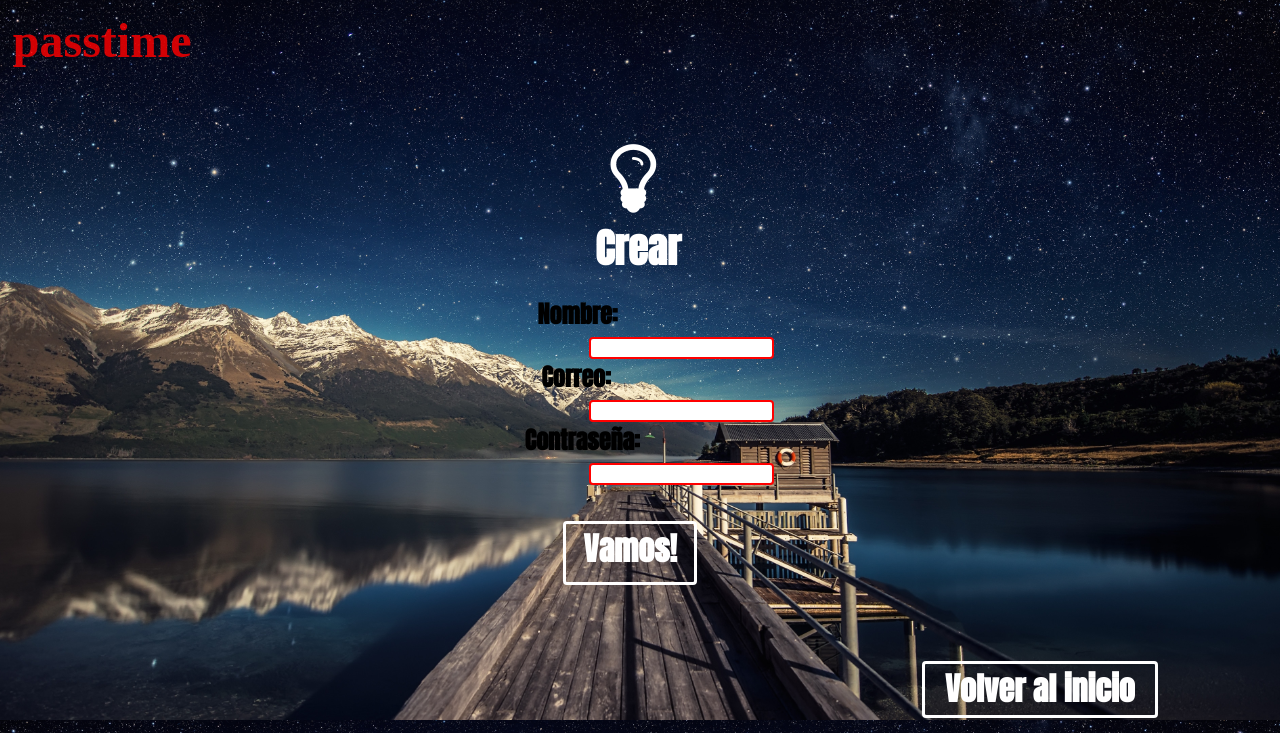
Repository: PassTimeOp/passtimeop.github.io
Page: signup.html
The author's editor kept a record of every edit. The page is drawn from the files as they stood at one moment, then again after the next edit.
The browser window is 1280 px wide. The pictures show the whole page.
Backgrounds fixed to the window are drawn as part of the page. Some web fonts or font styles are not loaded; a fallback is used.

Above is the page before.

### signup.html
<!DOCTYPE HTML>
<html>
    <head>
        <link type="text/css" rel="stylesheet" href="signupStyle.css"/>
        <link rel="stylesheet" href="font-awesome-4.7.0/css/font-awesome.min.css">
        <link href="https://fonts.googleapis.com/css?family=Anton|Arvo|Shrikhand" rel="stylesheet">
        <title>acceder | passtime</title>
    </head>

    <body>
        <h1 id="title">passtime</h1>

        <i class="fa fa-lightbulb-o fa-5x" aria-hidden="true"></i>

        <h1 id="acceder">Crear</h1>


        <div id="data">
            <h4 id="nombre">Nombre:</h4><input type="text" name="nombre">
            <h4 id="correo">Correo:</h4><input type="text" name="correo">
            <h4 id="pass">Contraseña:</h4><input type="password" name="psw">
        </div>

        <div class="buttons" id="vamos"><a href="Calendario/calendario.html" style="text-decoration: none"><h3>Vamos!</h3></a></div>
        <div class="buttons" id="volver"><a href="index.html" style="text-decoration: none"><h3>Volver al inicio</h3></a></div>
    </body>
</html>

### signupStyle.css
html, body{
  width: 100%;
  height: 100%;
  margin: 0;
  padding: 0;
}

body {
  background-image: url(signup.jpg);
  background-size: cover;
  background-position: center;
  width: 100%;
  height: 100%;
  background-repeat: no-repeat;
  background-attachment: fixed;
}

#title {
  font-family: 'Shrikhand', cursive;
  font-size: 300%;
  margin-top: 1%;
  margin-left: 1%;
  display: block;
  color: rgba(255, 0, 0, 0.82);
}

#acceder {
  font-family: 'Anton', sans-serif;
  color: #FFF;
  margin: 0% 0% 0% 46.5%;
  display: block;
  font-size: 250%;
}

i {
  margin: 3% 1% 0% 47.7%;
  color: #FFF;
  display: block;
}

input {
  display: inline-block;
  border-radius: 4px;
  border: 2px solid red;
  height: 20%;
  margin: 0% 0% 0% 30%;
}

#data {
  margin: 1% 0% 0% 40%;
  height: 11%;
  width: 20%;
  display: inline-block;
}

h4 {
  font-size: 150%;
  font-family: 'Anton', sans-serif;
  color: #000;
}

#nombre {
  display: block;
  margin: 2% 1% 2% 10%;
}


#correo {
  display: block;
  margin: 0% 1% 2% 11.5%;
}

#pass {
  display: block;
  margin: 0% 0% 2% 5%;
}


.buttons {
  border: 3px solid #FFF;
  border-radius: 4px;
}

h3 {
  font-family: 'Anton', sans-serif;
  margin: 0% 0% 0% 0%;
  text-align: center;
  font-size: 200%;
  color: #FFF;
}

#vamos {
  width: 10%;
  height: 8%;
  padding: 0%;
  display: block;
  margin: 3% 0% 0% 44%;
}

#volver {
  width: 18%;
  height: 7%;
  padding: 0%;
  margin: 6% 0% 0% 72%;
  display: block;
}

Loaded but not shown: font-awesome-4.7.0/css/font-awesome.min.css (library)

After the next edit:
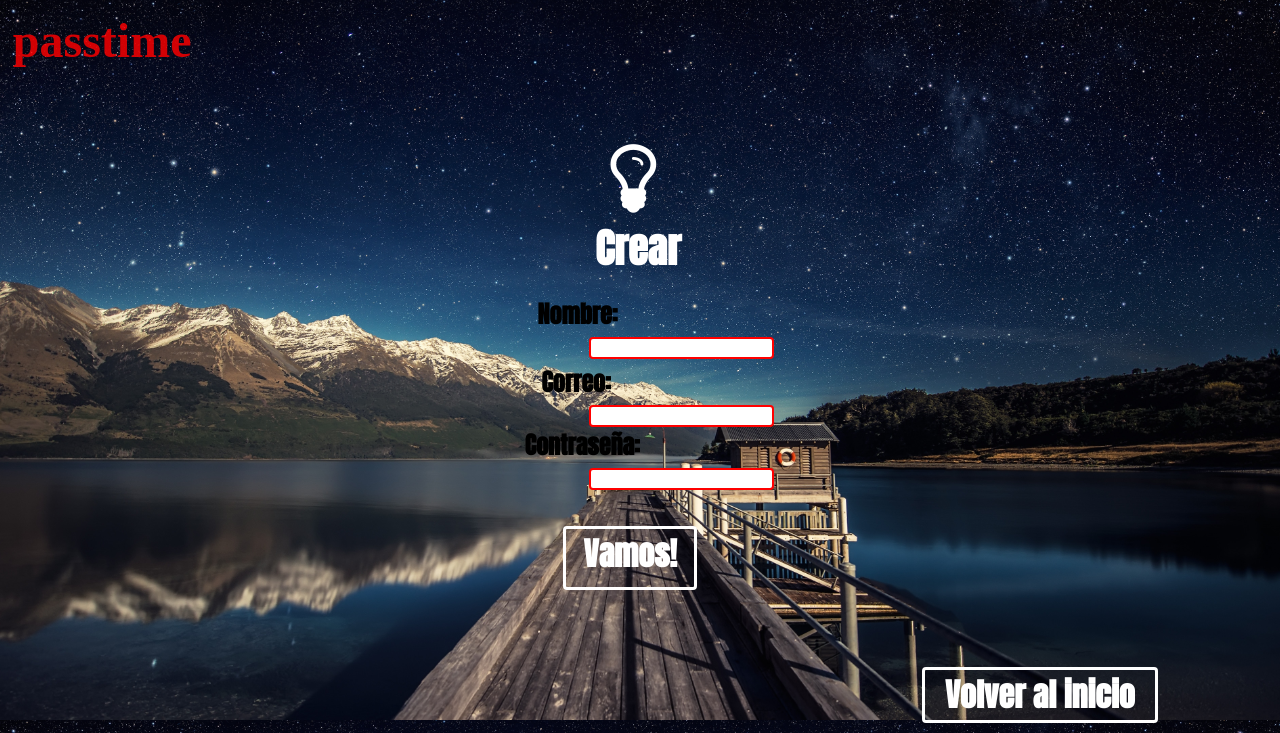
The edit:
--- a/signupStyle.css
+++ b/signupStyle.css
@@ -67,7 +67,7 @@
 
 #correo {
   display: block;
-  margin: 0% 1% 2% 11.5%;
+  margin: 2% 1% 2% 11.5%;
 }
 
 #pass {
